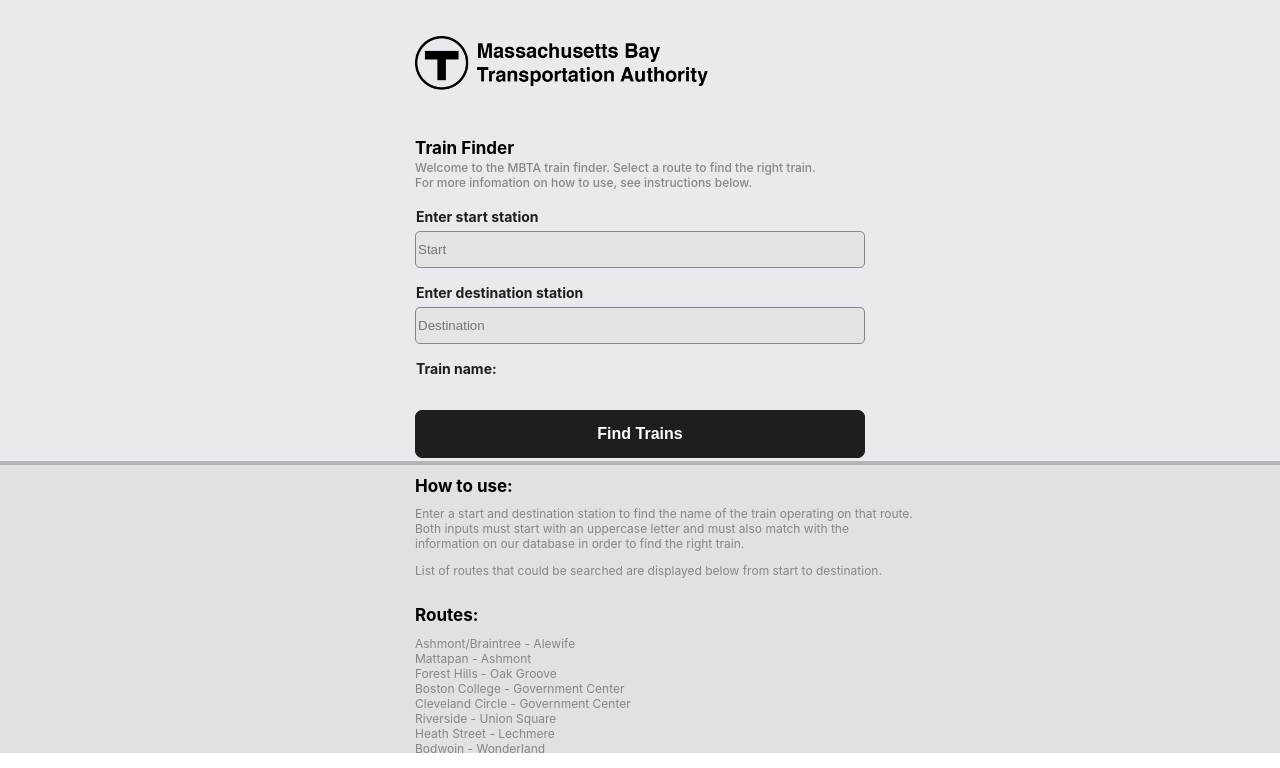
Repository: jumadesigns/mbta-train-finder
Page: / (app in mbta-app/)
An editor plug-in stored every save of this project. The page is shown before and after the next save, followed by the edit.
The browser window is 1280 px wide. The pictures show the whole page.
The page's requests for data from a server got no answer. The project was rebuilt for these pictures with package versions that can differ from the ones it lists, and the page was loaded fresh each time. No one was signed in, and anything a server would have sent is missing.

Above is the page before, as saved 2022-09-26 22:18:51.

After the next save:
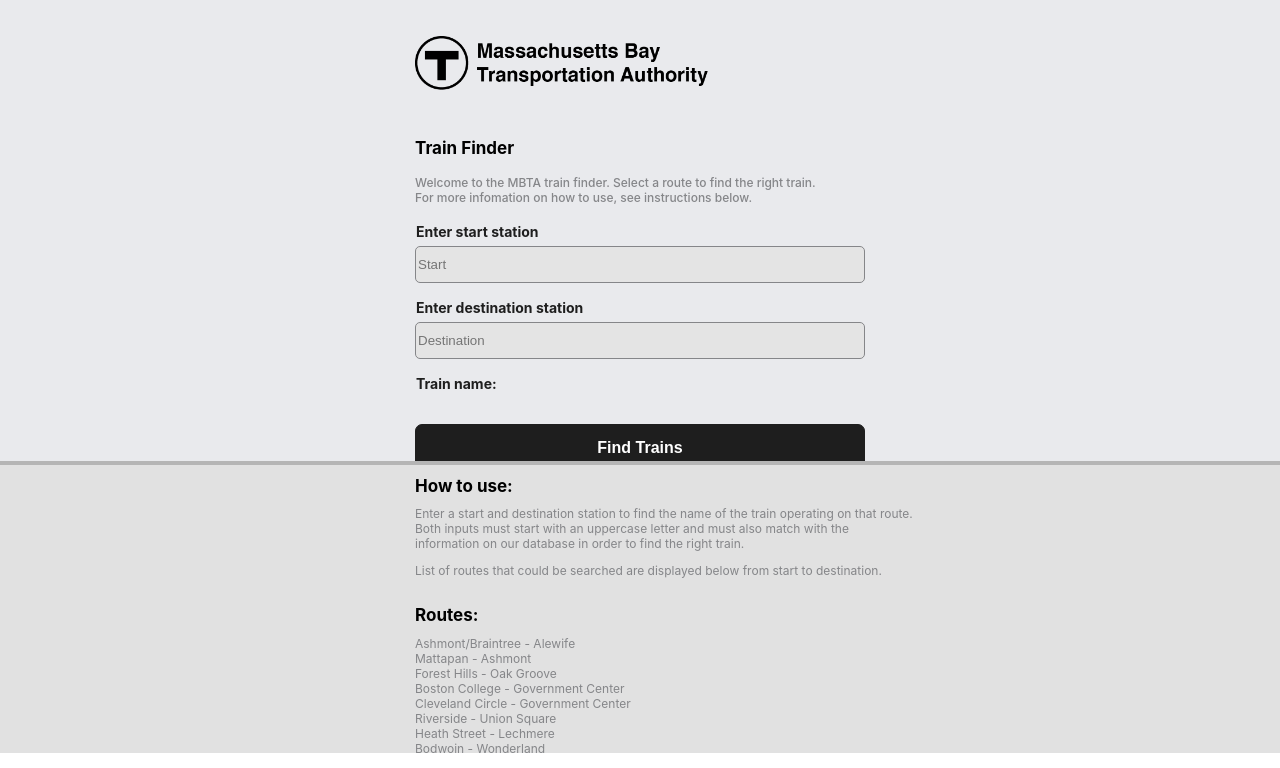
Saved 12 min 4 s later.
--- a/mbta-app/src/index.css
+++ b/mbta-app/src/index.css
@@ -30,7 +30,7 @@
   font-size: 12px;
   font-weight: 500;
   text-align: left;
-  margin-top: -2vh;
+  margin-top: 2vh;
 }
 
 .input-div {
